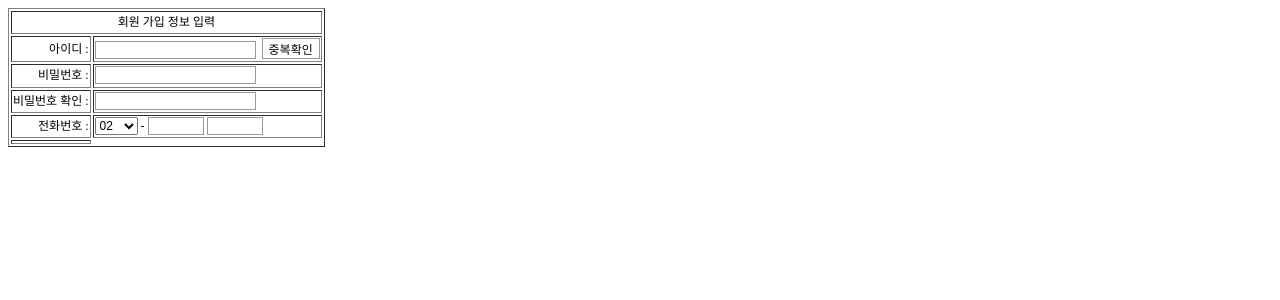
Repository: JIYEON25/model
Page: http://localhost/myWeb/memberone/regForm.jsp
The author's editor kept a copy of each file at every save. The page is drawn from the files as they stood at one save, then again after the next save.
The browser window is 1280 px wide. The pictures show the whole page.
The page is served by Tomcat 9. Other server files are loaded and not shown.

Above is the page before, as saved 2023-09-15 05:38:14.
Console error (its wording comes from the project's code and is left out).

### model1/myJSP/myWeb/src/main/webapp/memberone/regForm.jsp
<%@ page language="java" contentType="text/html; charset=UTF-8"
    pageEncoding="UTF-8"%>
<!DOCTYPE html>
<html>
<head>
	<meta charset="UTF-8">
	<title>Register Form</title>
	<link href="style.css" type="text/css" rel="stylesheet"/>
</head>
<body>
	<form method="post" acion="regProc.jsp" name="regForm">
	<table border="1">
		<tr>
			<td colspan="2" align="center">회원 가입 정보 입력</td>
		</tr>
		<tr>
			<td align="right">아이디 : </td>
			<td><input type="text" name="id"/>&nbsp;
				<input type="button" value="중복확인" onClick="#"/></td>
		</tr>
		<tr>
			<td align="right">비밀번호 : </td>
			<td><input type="password" name="pass"/></td>
		</tr>
		<tr>
			<td align="right">비밀번호 확인 : </td>
			<td><input type="password" name="repass"/></td>
		</tr>
		<tr>
			<td align="right">전화번호 : </td>
			<td>
				<select name="phone1">
					<option value="02">02</option>
					<option value="010">010</option>
					<option value="011">011</option>
					<option value="016">016</option>
					<option value="017">017</option>
					<option value="016">018</option>
					<option value="017">019</option>
				</select> -
				<input type="text" name="phone2" size="5"/>
				<input type="text" name="phone3" size="5"/>
			</td>
		</tr>
		<tr>
			<td align
	</table>
	</form>
</body>
</html>

### model1/myJSP/myWeb/src/main/webapp/memberone/style.css
@charset "UTF-8";

BODY {
	FONT-SIZE: 9pt;
	COLOR: black;
	LINE-HEIGHT: 160%;
}

TD {
	FONT-SIZE: 9pt;
	COLOR: black;
	LINE-HEIGHT: 160%;
}

SELECT {
	FONT-SIZE: 9pt;
	COLOR: black;
	LINE-HEIGHT: 160%;
}

DIV {
	FONT-SIZE: 9pt;
	COLOR: black;
	LINE-HEIGHT: 160%;
}

FORM {
	FONT-SIZE: 9pt;
	COLOR: black;
	LINE-HEIGHT: 160%;
}

TEXTAREA {
	BORDER-RIGHT: 1px solid #999999;
	BORDER-TOP: 1px solid #999999;
	FONT-SIZE: 9pt;
	BORDER-LEFT: 1px solid #999999;
	COLOR: BLACK;
	BORDER-BOTTOM: 1px solid #999999;
	BACKGROUND-COLOR: white;
}

INPUT {
	BORDER-RIGHT: 1px solid #999999;
	BORDER-TOP: 1px solid #999999;
	FONT-SIZE: 9pt;
	BORDER-LEFT: 1px solid #999999;
	COLOR: BLACK;
	BORDER-BOTTOM: 1px solid #999999;
	BACKGROUND-COLOR: white;
}

A:link {
	text-decoration:none;
	color:#696969
}

A:hover {
	text-decoration:yes;
	color:#66CCFF
}

A:visited {
	text-decoration:none;
	color:#330066
}

After the next save:
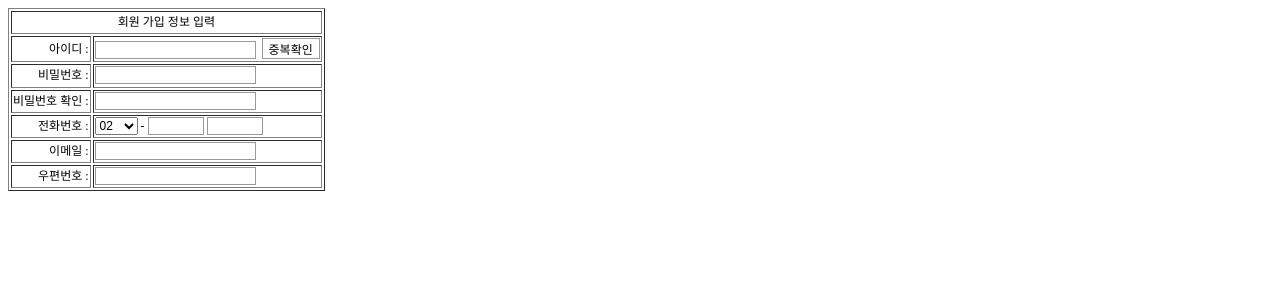
Saved 2 min 9 s later.
--- a/model1/myJSP/myWeb/src/main/webapp/memberone/regForm.jsp
+++ b/model1/myJSP/myWeb/src/main/webapp/memberone/regForm.jsp
@@ -43,7 +43,13 @@
 			</td>
 		</tr>
 		<tr>
-			<td align
+			<td align="right">이메일 : </td>
+			<td><input type="text" name="email"/></td>
+		</tr>
+		<tr>
+			<td align="right">우편번호 : </td>
+			<td><input type="text" name="zipcode"/></td>
+		</tr>
 	</table>
 	</form>
 </body>
